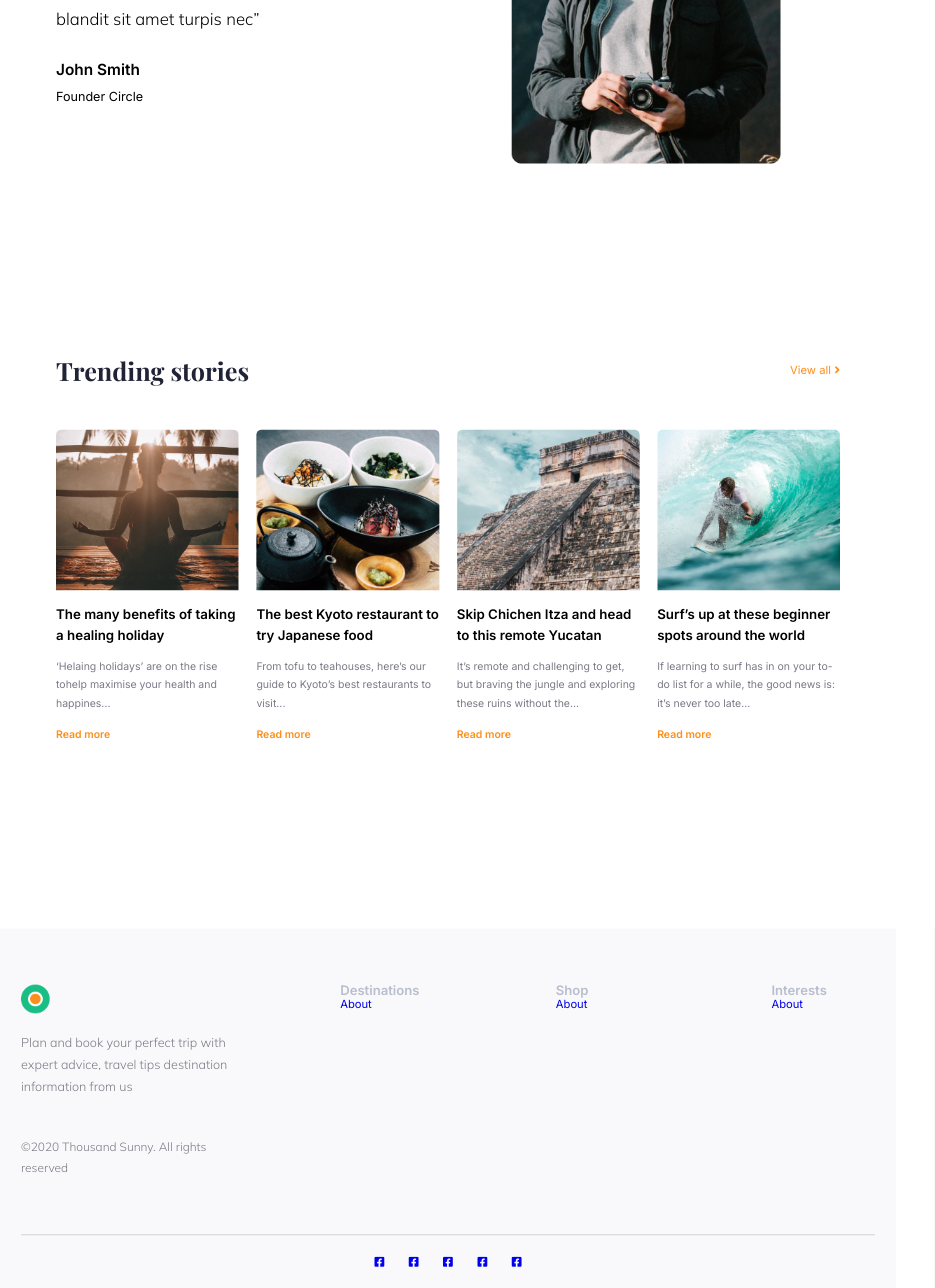
Repository: long5122000/sunny
Page: index.html
These files come from the project's save history. The page is drawn as it stood at one moment and after the next save; the edit follows.
The browser window is 1280 px wide. The page is 1335 px wide, so the pictures cover 1335 px, including what lies to the right of the window. The pictures show the part of the page from y = 3752 to 5592 px (the page is 5592 px tall before and 5562 px after), at 70% of full size.
The style sheet was rebuilt from its Sass, Less or Tailwind sources for each picture, by a compiler version that may differ from the author's.

Above is the page before, as saved 2021-11-25 14:31:30.

After the next save:
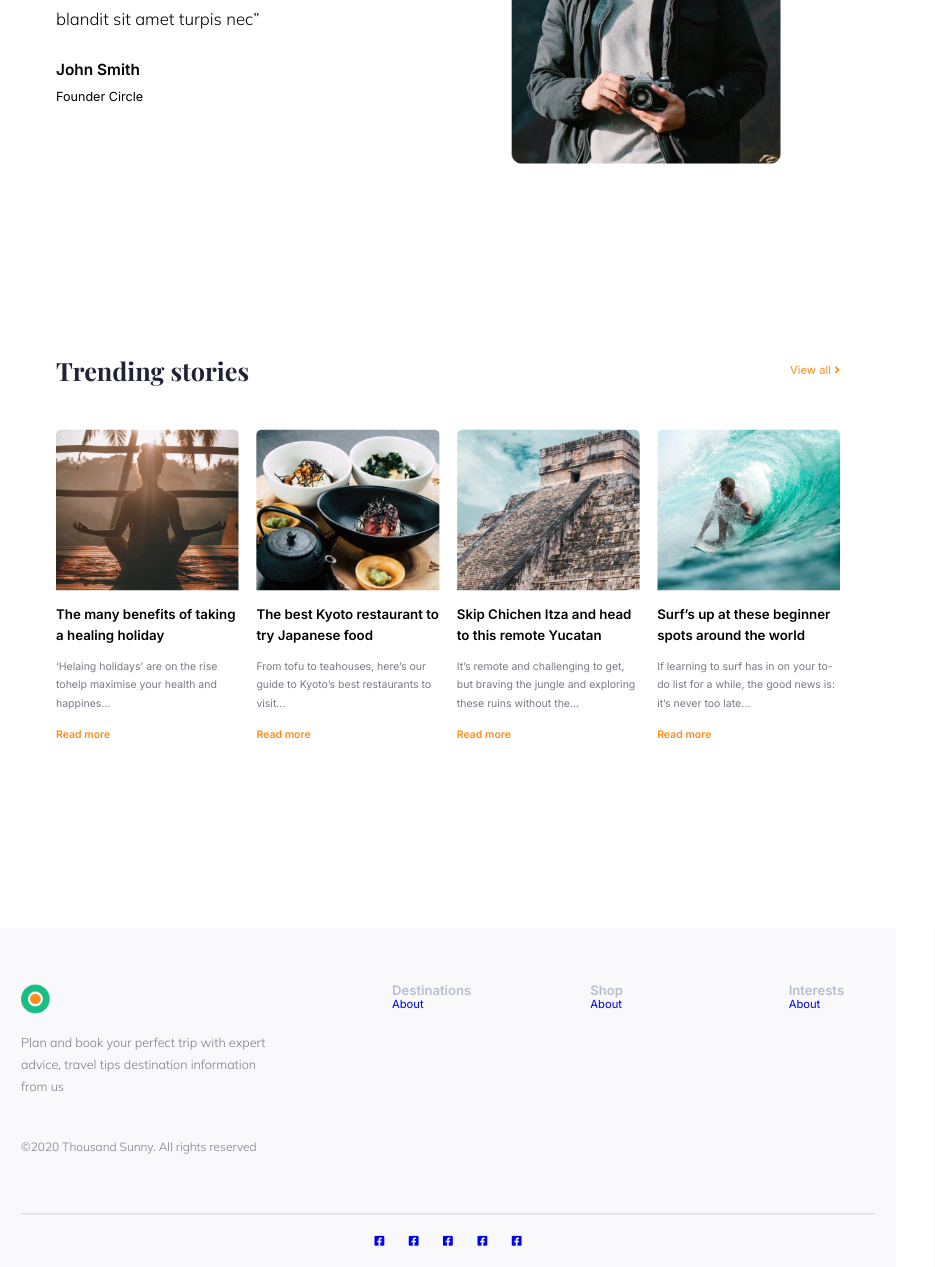
Saved 15 s later.
--- a/sass/_footer.scss
+++ b/sass/_footer.scss
@@ -3,7 +3,7 @@
   padding-top: 80px;
   &-top {
     display: grid;
-    grid-template-columns: 2fr repeat(3, 1fr);
+    grid-template-columns: 3fr repeat(3, 1fr);
     grid-gap: 30px 160px;
     padding-bottom: 80px;
     border-bottom: 1px solid #c4c4c4;
